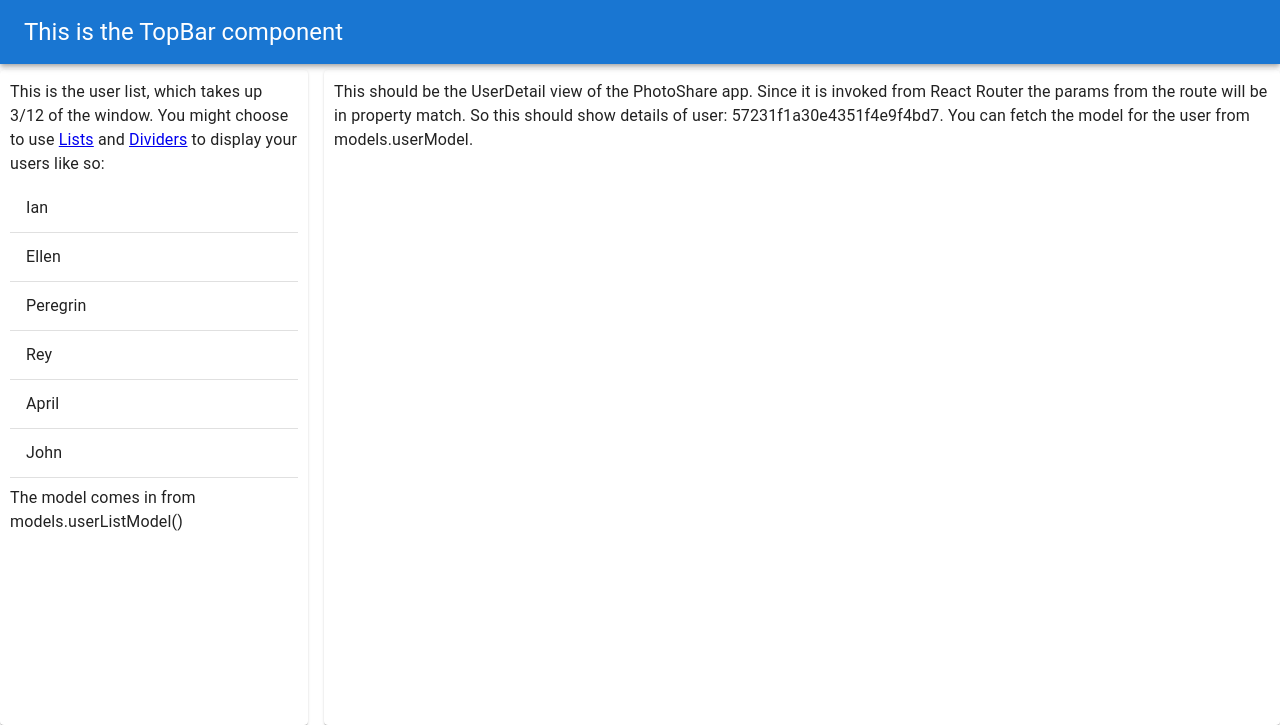
Repository: RubyScarIet/TruocKetThucLab2
Page: /users/57231f1a30e4351f4e9f4bd7
These files come from the project's save history. The page is drawn as it stood at one moment and after the next save; the edit follows.
The browser window is 1280 px wide. The pictures show the whole page.
The project was rebuilt for these pictures with package versions that can differ from the ones it lists, and the page was loaded fresh each time. Also part of the build but not shown: src/modelData/models.js, src/components/UserPhotos/index.jsx.

Above is the page before, as saved 2024-04-06 09:47:55.

After the next save:
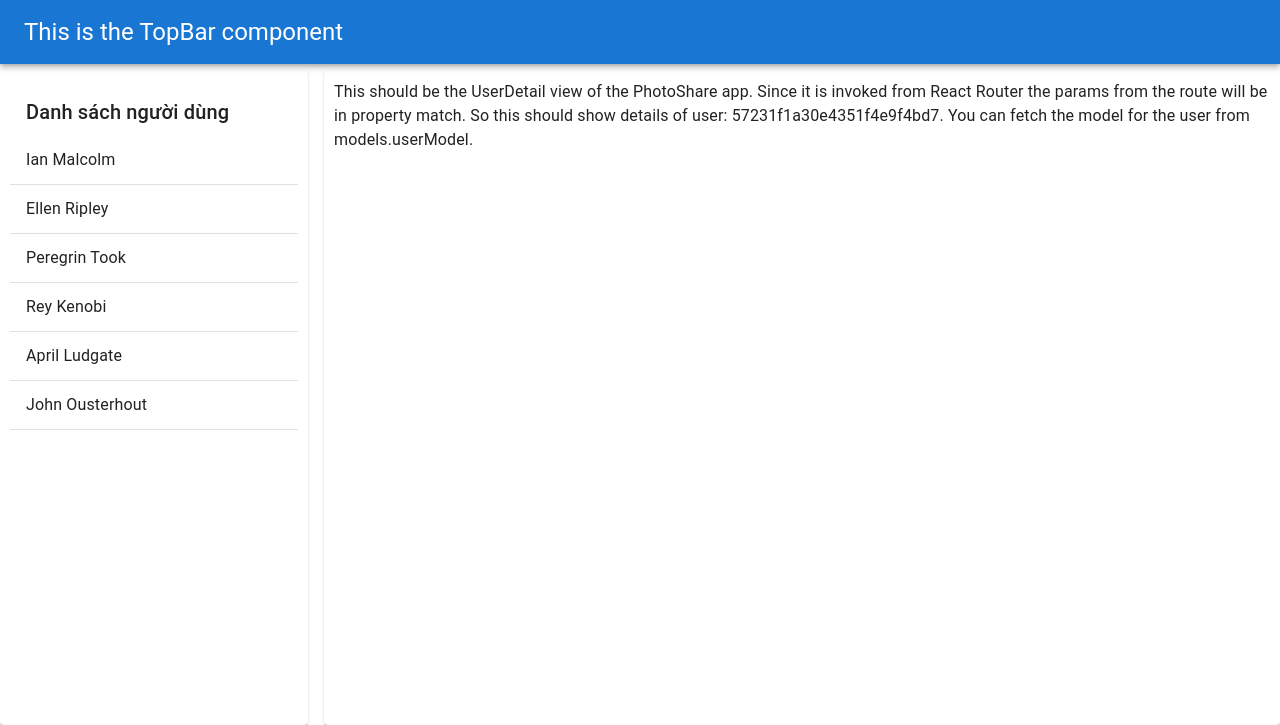
Saved 728 days later.
--- a/src/components/UserList/index.jsx
+++ b/src/components/UserList/index.jsx
@@ -6,6 +6,7 @@ import {
   ListItemText,
   Typography,
 } from "@mui/material";
+import { Link } from "react-router-dom"; // Import Link để điều hướng [cite: 20]
 
 import "./styles.css";
 import models from "../../modelData/models";
@@ -13,31 +14,32 @@ import models from "../../modelData/models";
 /**
  * Define UserList, a React component of Project 4.
  */
-function UserList () {
-    const users = models.userListModel();
-    return (
-      <div>
-        <Typography variant="body1">
-          This is the user list, which takes up 3/12 of the window. You might
-          choose to use <a href="https://mui.com/components/lists/">Lists</a>{" "}
-          and <a href="https://mui.com/components/dividers/">Dividers</a> to
-          display your users like so:
-        </Typography>
-        <List component="nav">
-          {users.map((item) => (
-            <>
-              <ListItem>
-                      <ListItemText primary={item.first_name}/>
-              </ListItem>
-              <Divider />
-            </>
-          ))}
-        </List>
-        <Typography variant="body1">
-          The model comes in from models.userListModel()
-        </Typography>
-      </div>
-    );
+function UserList() {
+  // Lấy danh sách người dùng từ model data [cite: 68]
+  const users = models.userListModel();
+
+  return (
+    <div>
+      <Typography variant="h6" style={{ padding: "16px", paddingBottom: "0" }}>
+        Danh sách người dùng
+      </Typography>
+      <List component="nav">
+        {users.map((item) => (
+          <React.Fragment key={item._id}>
+            {/* - component={Link}: Biến ListItem thành thẻ <a> của React Router [cite: 30]
+              - to: Đường dẫn đích dựa trên ID của người dùng [cite: 19]
+            */}
+            <ListItem button component={Link} to={`/users/${item._id}`}>
+              <ListItemText
+                primary={`${item.first_name} ${item.last_name}`}
+              />
+            </ListItem>
+            <Divider />
+          </React.Fragment>
+        ))}
+      </List>
+    </div>
+  );
 }
 
 export default UserList;
